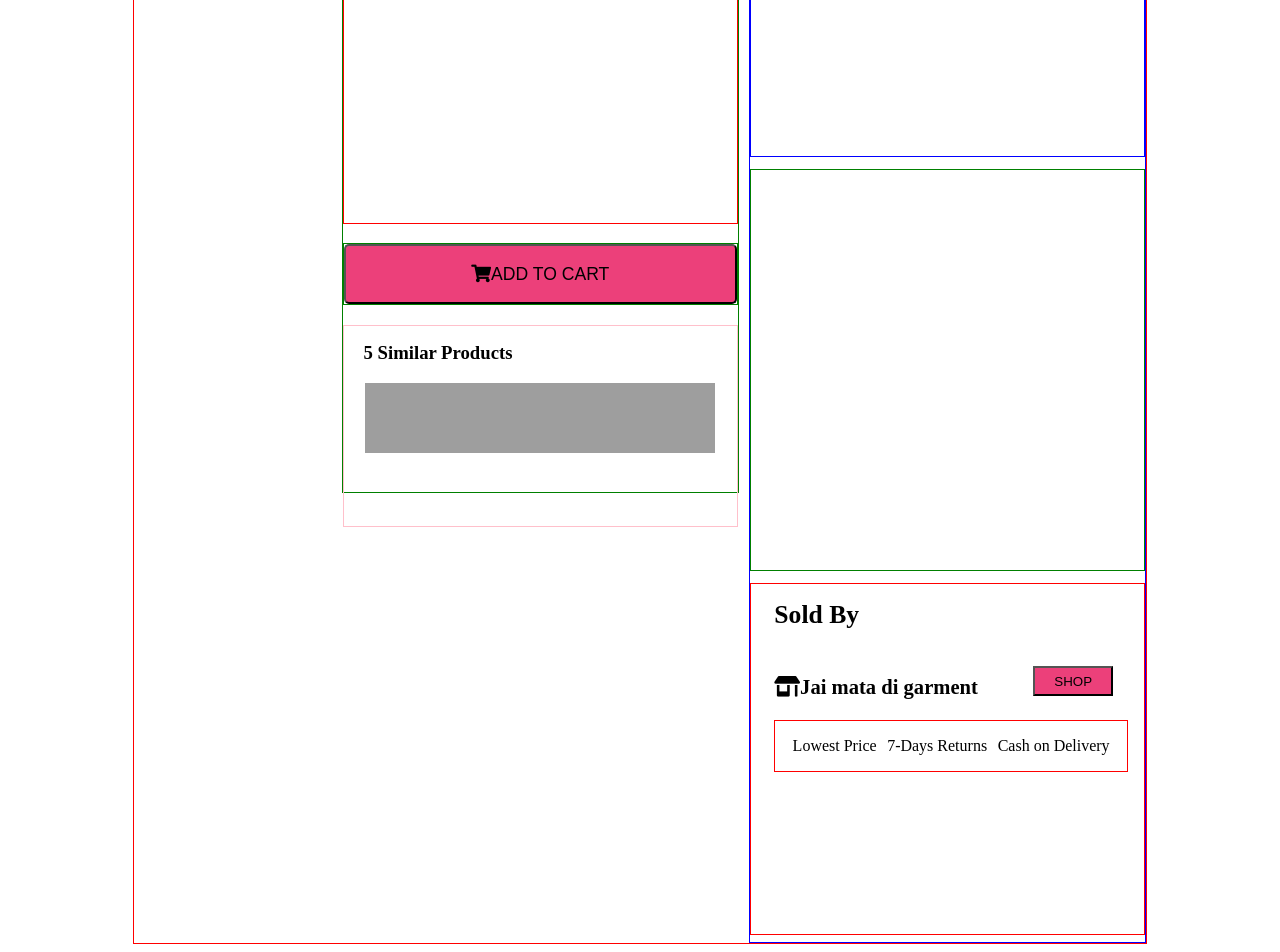
Repository: deepakxxxx/meesho
Page: catelog.html
The author's editor kept a copy of each file at every save. The page is drawn from the files as they stood at one save, then again after the next save.
The browser window is 1280 px wide. The pictures show the part of the page from y = 419 to 1371 px (the page is 1371 px tall).
Pictures or frames that could not be fetched are drawn as grey boxes. A picture or video elsewhere on the page could not be fetched, so the positions and the page height are approximate.

Above is the page before, as saved 2021-11-06 17:51:03.

After the next save:
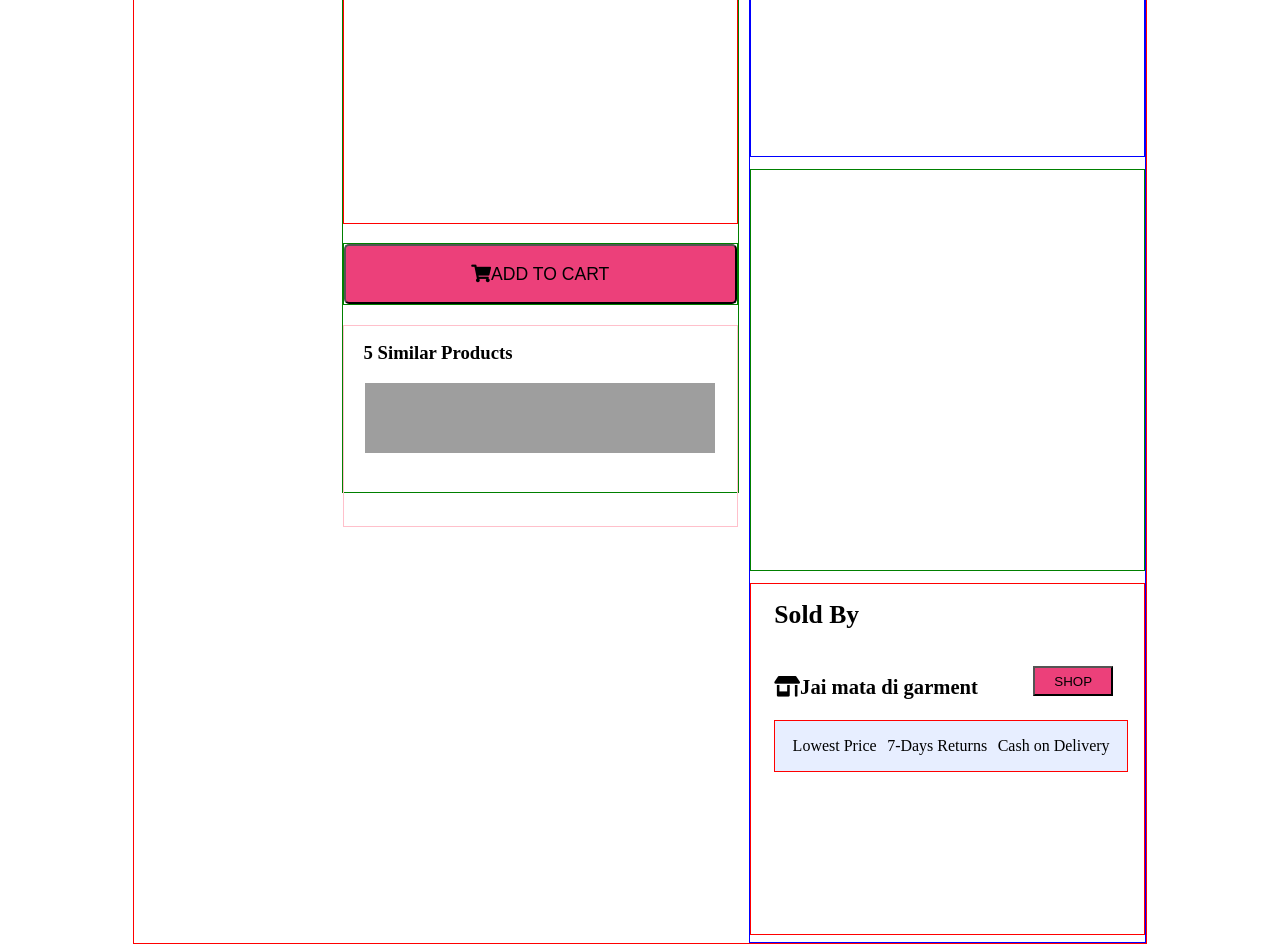
Saved 27 s later.
--- a/catelog.html
+++ b/catelog.html
@@ -236,6 +236,7 @@
         border: 1px solid red;
         justify-content: center;
         margin-right: 4%;
+        background-color: #e7eeff;
     }
 </style>
 <body>
